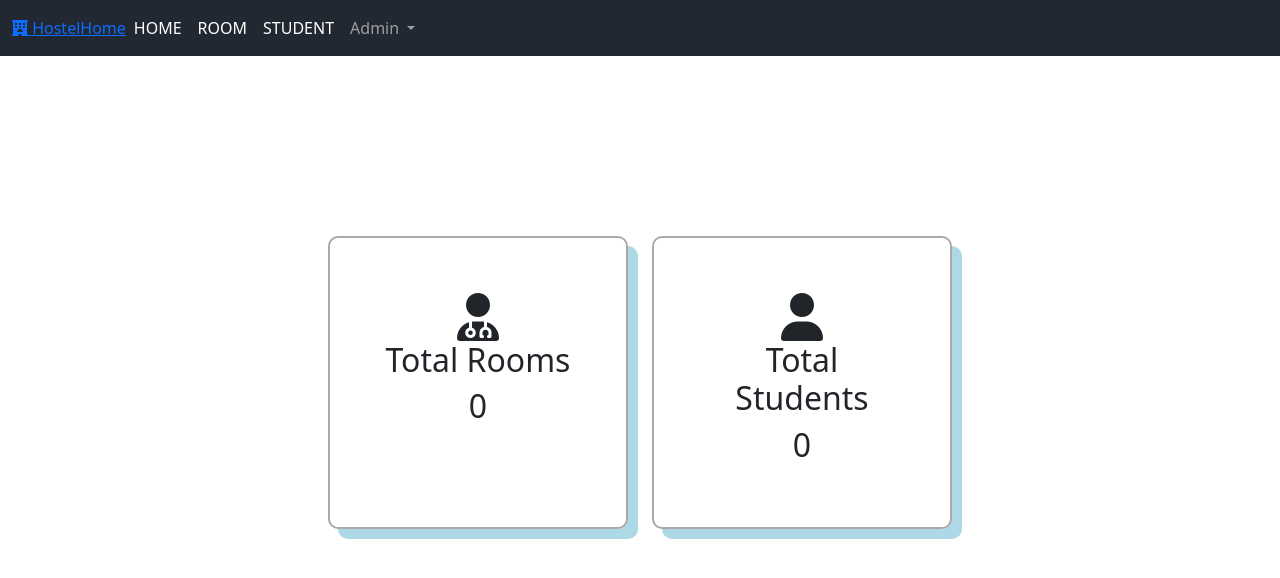
Repository: SparshGarg1/Hostel_Managment_System
Page: http://localhost/Hostel/adminportal.jsp
These files come from the project's save history. The page is drawn as it stood at one moment and after the next save; the edit follows.
The browser window is 1280 px wide. The pictures show the whole page.
Some web libraries are served in a nearby version. The page is served by Tomcat 9. Queries for data that is not in the repository find no rows.

Above is the page before, as saved 2023-06-17 15:19:18.

After the next save:
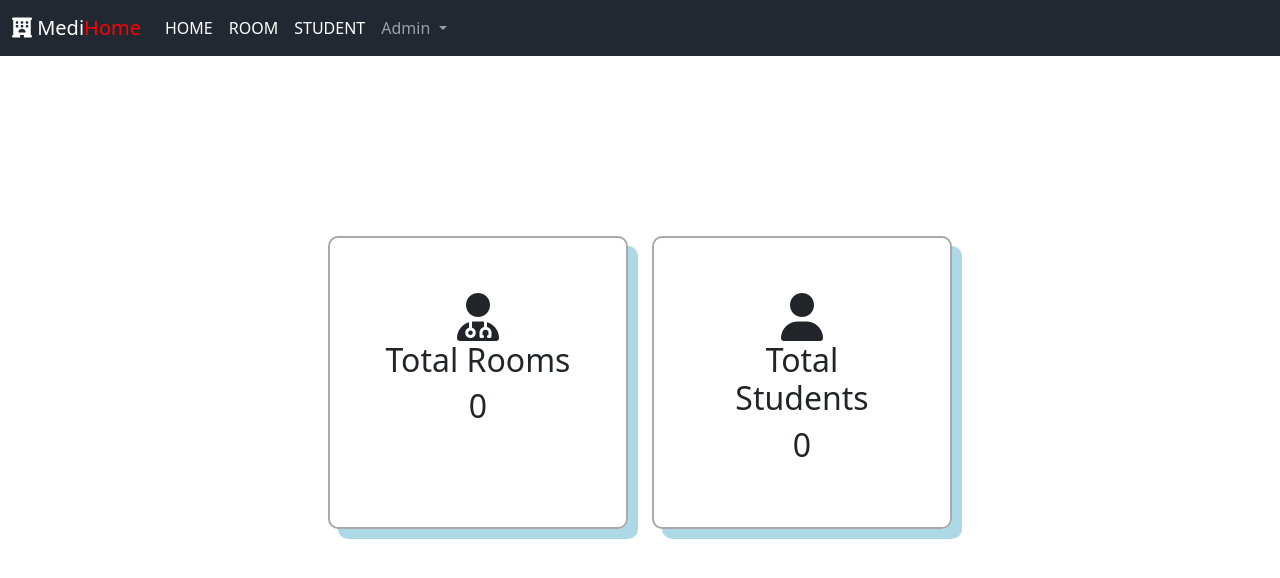
Saved 41 s later.
--- a/Hostel/WebContent/adminportal.jsp
+++ b/Hostel/WebContent/adminportal.jsp
@@ -39,7 +39,7 @@ String id=(String) ses.getAttribute("uid");
 <!-- Navbar -->
 <nav class="navbar navbar-expand-lg navbar-dark" style="background-color:#222831;">
   <div class="container-fluid">
-   <div class="logo" ><a href="index.html"><i class="fas fa-hotel"></i> Hostel<span>Home</span></a></div>
+    <a class="navbar-brand" href="index.jsp"><i class="fas fa-hotel"></i> Medi<span style="color:red;">Home</span></a>
     <button class="navbar-toggler" type="button" data-bs-toggle="collapse" data-bs-target="#navbarSupportedContent" aria-controls="navbarSupportedContent" aria-expanded="false" aria-label="Toggle navigation">
       <span class="navbar-toggler-icon"></span>
     </button>
